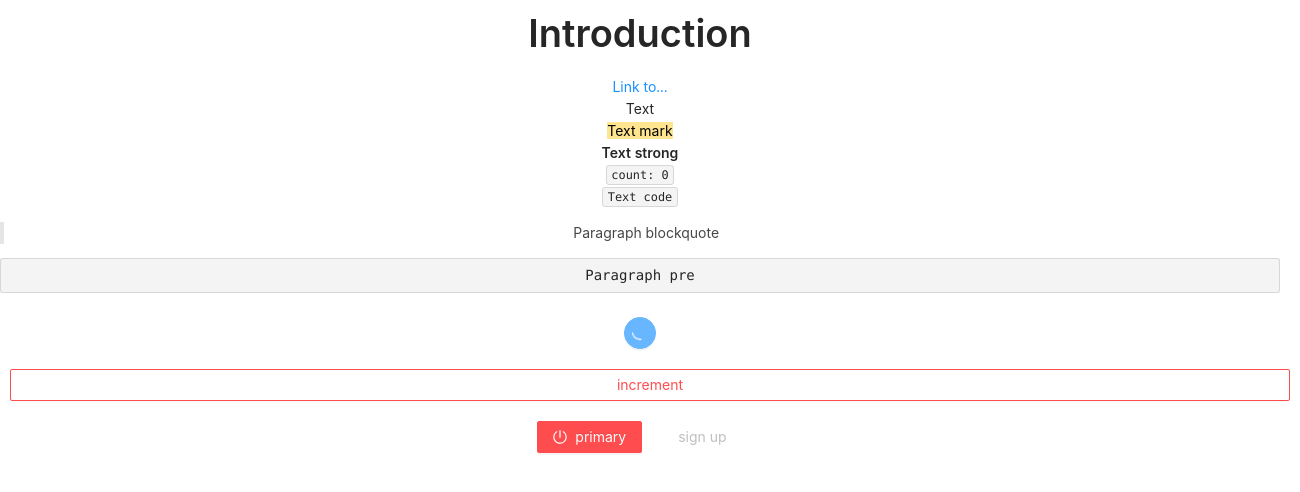
Repository: ErosHai/antd-demo
Page: /
These files come from the project's save history. The page is drawn as it stood at one moment and after a run of saves; the edit follows.
The browser window is 1280 px wide. The page is 1300 px wide, so the pictures cover 1300 px, including what lies to the right of the window. The pictures show the whole page.
The project was rebuilt for these pictures with package versions that can differ from the ones it lists, and the page was loaded fresh each time.

Above is the page before, as saved 2022-04-12 15:29:30.

After the next 2 saves:
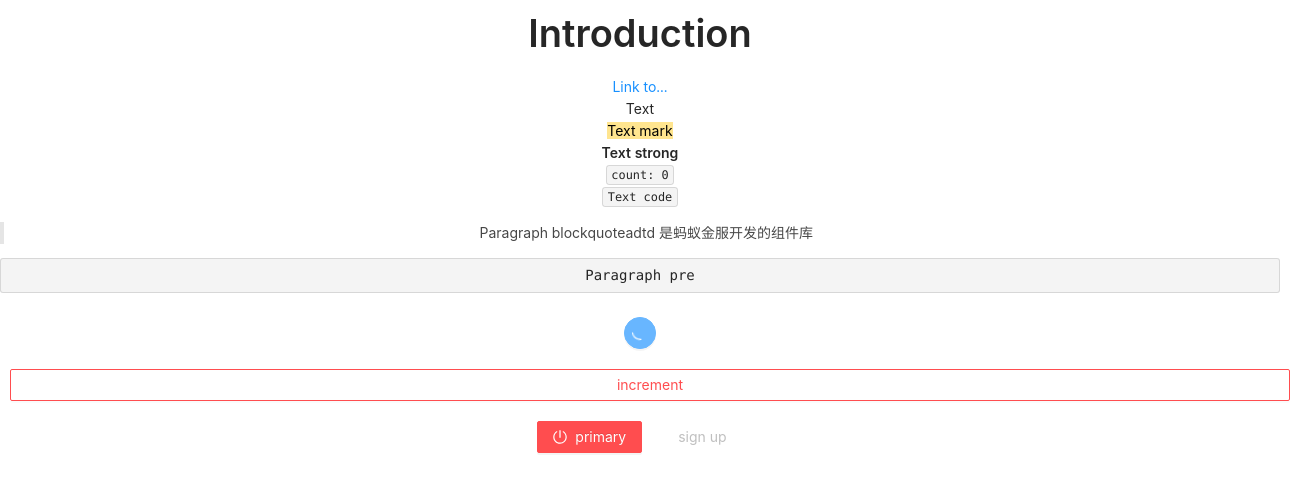
The 2 saves are shown as one change because 1 did not build or start.
The last was saved 59 s later.
--- a/src/App.js
+++ b/src/App.js
@@ -9,7 +9,7 @@ function App() {
 
 	const { Title, Paragraph, Link, Text } = Typography
 
-	const blockContent = {}
+	const blockContent = `adtd 是蚂蚁金服开发的组件库`
 
 	return (
 		<div className="App">
@@ -21,7 +21,7 @@ function App() {
 			<Text code> {`count: ${count}`} </Text>
 			<Text code>Text code</Text>
 			<Paragraph>
-				<blockquote>Paragraph blockquote</blockquote>
+				<blockquote>Paragraph blockquote{blockContent}</blockquote>
 				<pre>Paragraph pre</pre>
 			</Paragraph>
 
